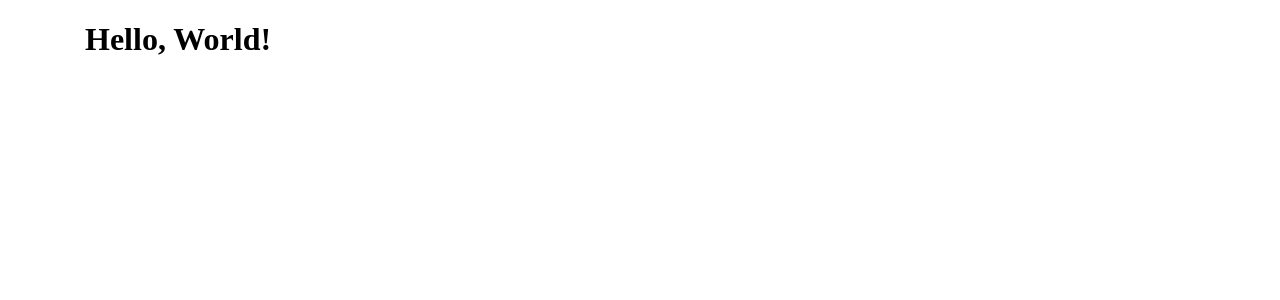
Repository: aphim/WEB6201-wk1
Page: index.html
These files come from the project's save history. The page is drawn as it stood at one moment and after the next save; the edit follows.
The browser window is 1280 px wide. The pictures show the whole page.

Above is the page before, as saved 2021-01-14 09:23:19.

### index.html
<!DOCTYPE html>
<html lang="en">
<head>
    <meta charset="UTF-8">
    <meta name="viewport" content="width=device-width, initial-scale=1.0">
    <title>Hello World</title>

    <!-- CSS section-->
    <link rel="stylesheet" href="./node_modules/bootstrap/dist/css/bootstrap-grid.min.css">
    <link rel="stylesheet" href="./node_modules/@fortawesome/fontawesome-free/css/all.min.css">
    <link rel="stylesheet" href="./content/app.css">
</head>
<body>


    <div class="container">
        <h1>Hello, World!</h1>
    </div>

    <!-- Javascript Section-->
    <script src="./node_modules/jquery/dist/jquery.min.js"></script>
    <script src="./node_modules/bootstrap/dist/js/bootstrap.bundle.min.js"></script>

    <script src="./Scripts/app.js"></script>
</body>
</html>

### Content/app.css
/* Custom CSS goes here */

### Scripts/app.js
/* custom scripts go here */

(function()
{
    // initialization function
    function Start()
    {
        console.log("App Started...");

        //always use let instead of var to avoid hoisting
        for (let index =0; index < 5; index++)
        {
            console.log(index);
        }

    }
    // event listener
    window.addEventListener("load", Start);
}

)();

Loaded but not shown: node_modules/bootstrap/dist/css/bootstrap-grid.min.css (library); node_modules/@fortawesome/fontawesome-free/css/all.min.css (library); node_modules/jquery/dist/jquery.min.js (library); node_modules/bootstrap/dist/js/bootstrap.bundle.min.js (library); node_modules/bootstrap/dist/css/bootstrap.min.css (library)

After the next save:
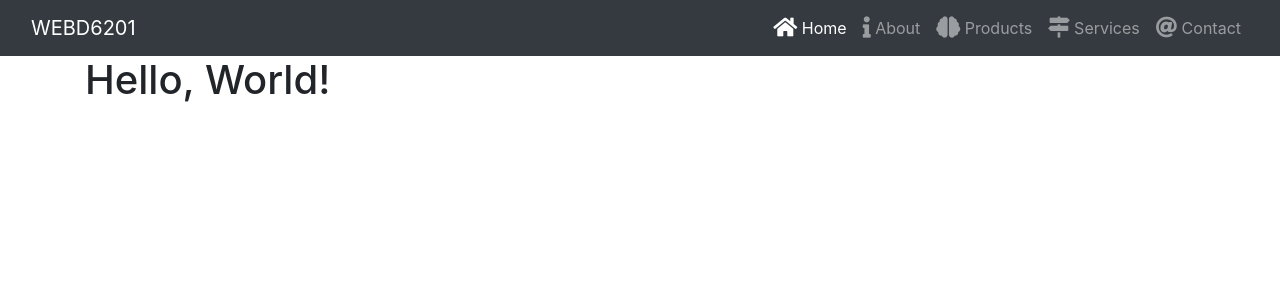
Saved 8 min 3 s later.
--- a/index.html
+++ b/index.html
@@ -3,24 +3,66 @@
 <head>
     <meta charset="UTF-8">
     <meta name="viewport" content="width=device-width, initial-scale=1.0">
-    <title>Hello World</title>
-
-    <!-- CSS section-->
-    <link rel="stylesheet" href="./node_modules/bootstrap/dist/css/bootstrap-grid.min.css">
+    <title>Hello, World!</title>
+    <!-- CSS Section -->
+    <link rel="stylesheet" href="./node_modules/bootstrap/dist/css/bootstrap.min.css">
     <link rel="stylesheet" href="./node_modules/@fortawesome/fontawesome-free/css/all.min.css">
-    <link rel="stylesheet" href="./content/app.css">
+    <link rel="stylesheet" href="./Content/app.css">
 </head>
 <body>
+    <!-- Main Nav -->
+
+    <header>
+        <nav class="navbar navbar-expand-lg navbar-dark bg-dark">
+            <div class="container-fluid">
+              <a class="navbar-brand" href="#">WEBD6201</a>
+              <button class="navbar-toggler" type="button" data-bs-toggle="collapse" data-bs-target="#navbarSupportedContent" aria-controls="navbarSupportedContent" aria-expanded="false" aria-label="Toggle navigation">
+                <span class="navbar-toggler-icon"></span>
+              </button>
+              <div class="collapse navbar-collapse" id="navbarSupportedContent">
+                <ul class="navbar-nav ml-auto mb-2 mb-lg-0">
+
+                  <li class="nav-item">
+                    <a class="nav-link active" aria-current="page" href="#">
+                        <i class="fas fa-home fa-lg"></i> Home</a>
+                  </li>
+
+                  <li class="nav-item">
+                    <a class="nav-link" aria-current="page" href="#">
+                        <i class="fas fa-info fa-lg"></i> About</a>
+                  </li>
+
+                  <li class="nav-item">
+                    <a class="nav-link" aria-current="page" href="#">
+                        <i class="fas fa-brain fa-lg"></i> Products</a>
+                  </li>
+
+                  <li class="nav-item">
+                    <a class="nav-link" aria-current="page" href="#">
+                        <i class="fas fa-map-signs fa-lg"></i> Services</a>
+                  </li>
+
+                  <li class="nav-item">
+                    <a class="nav-link" aria-current="page" href="#">
+                        <i class="fas fa-at fa-lg"></i> Contact</a>
+                  </li>
+
+                </ul>
+              </div>
+            </div>
+          </nav>
+    </header>
+
+
 
 
     <div class="container">
         <h1>Hello, World!</h1>
     </div>
 
-    <!-- Javascript Section-->
+    <!-- JavaScript Section -->
     <script src="./node_modules/jquery/dist/jquery.min.js"></script>
     <script src="./node_modules/bootstrap/dist/js/bootstrap.bundle.min.js"></script>
-
     <script src="./Scripts/app.js"></script>
 </body>
 </html>
